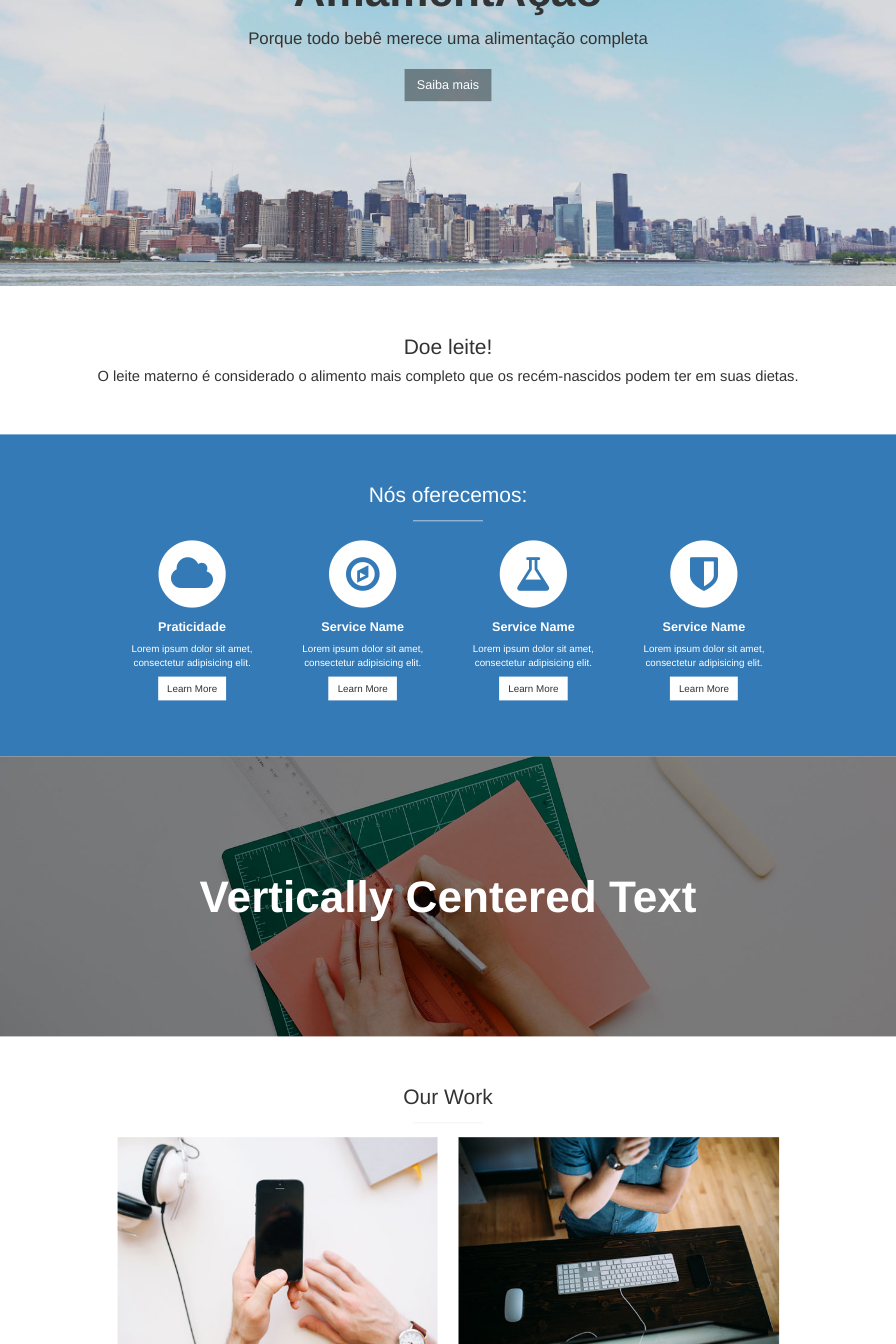
Repository: rsanttos/AmamentAcaoPage
Page: AmamentAcao/WebContent/index.html
The author's editor kept a copy of each file at every save. The page is drawn from the files as they stood at one save, then again after a run of saves.
The browser window is 1280 px wide. The pictures show the part of the page from y = 311 to 2231 px (the page is 3885 px tall), at 70% of full size.
Some web fonts or font styles are not loaded; a fallback is used.

Above is the page before, as saved 2016-11-24 19:36:49.

After the next 2 saves:
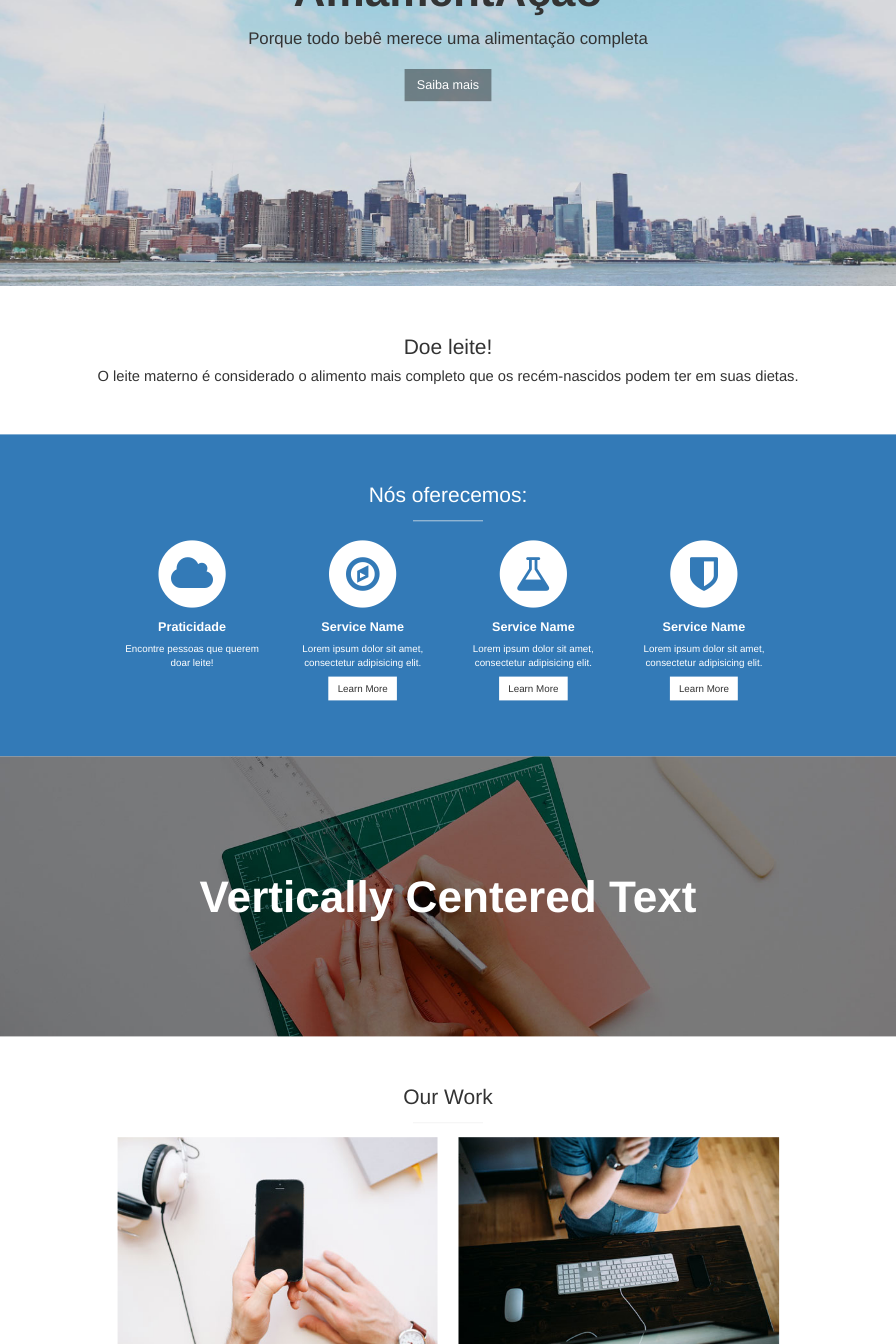
The 2 saves are shown as one change because they came seconds apart.
The last was saved 38 s later.
--- a/AmamentAcao/WebContent/index.html
+++ b/AmamentAcao/WebContent/index.html
@@ -100,8 +100,7 @@
                                 <h4>
                                     <strong>Praticidade</strong>
                                 </h4>
-                                <p>Lorem ipsum dolor sit amet, consectetur adipisicing elit.</p>
-                                <a href="#" class="btn btn-light">Learn More</a>
+                                <p>Encontre pessoas que querem doar leite!</p>
                             </div>
                         </div>
                         <div class="col-md-3 col-sm-6">
